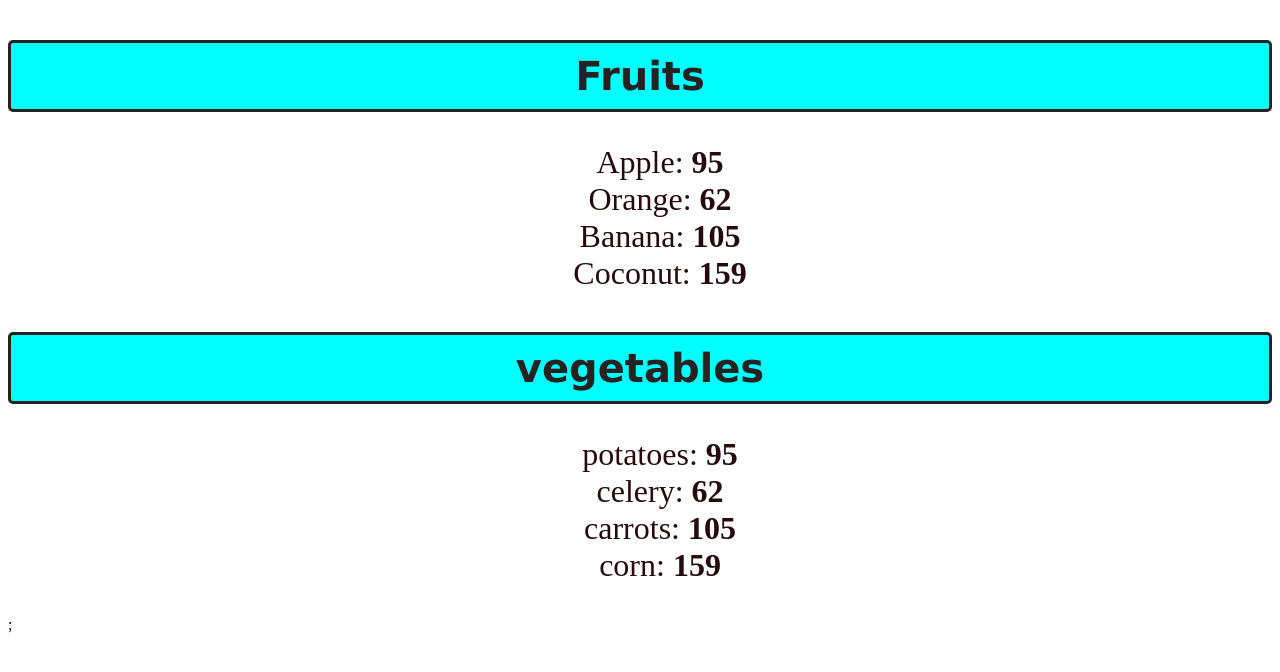
Repository: wakoya-tech/my-react-practice
Page: /
The author's editor kept a copy of each file at every save. The page is drawn from the files as they stood at one save, then again after the next save.
The browser window is 1280 px wide. The pictures show the whole page.
The project was rebuilt for these pictures with package versions that can differ from the ones it lists, and the page was loaded fresh each time. Also part of the build but not shown: vite.config.js.

Above is the page before, as saved 2025-10-01 17:14:20.

### src/index.css
.list-category{
  font-family: Verdana, Geneva, Tahoma, sans-serif;
  text-align: center;
  font-size: 2.5em;
  border: 3px solid;
  margin-bottom: 12px;
  color: rgb(39, 34, 34);
  background-color: aqua;
  padding: 10px;
  border-radius: 5px;
}
.list-items{
  text-align: center;
  font-size: 2em;
  list-style: none;
  color: rgb(37, 11, 11);
}
.list-items li:hover{
  color: bisque;
  cursor: pointer;
}

### src/App.jsx
import List from "./List";

function App() {
  const fruits = [
    { id: 1, name: "Apple", calories: 95 },
    { id: 2, name: "Orange", calories: 62 },
    { id: 3, name: "Banana", calories: 105 },
    { id: 4, name: "Coconut", calories: 159 }
  ];
  const vegetables = [
    { id: 6, name: "potatoes", calories: 95 },
    { id: 7, name: "celery", calories: 62 },
    { id: 8, name: "carrots", calories: 105 },
    { id: 9, name: "corn", calories: 159 }
  ];
  return (
    <>
     {fruits.length > 0 ? <List items={fruits} category="Fruits"/> : null}
      {vegetables.length > 0 ? <List items={vegetables} category="vegetables" /> : null};
    </>
  );
}

export default App;

### src/List.jsx
function List(props) {
    const itemList = props.items;   // ✅ Correct: items is the array
    const category = props.category;

    const listItems = itemList.map(item => (
      <li key={item.id}>
        {item.name}: <b>{item.calories}</b>
      </li>
    ));

    return (
      <>
        <h3 className="list-category">{category}</h3>
        <ol className="list-items">
          {listItems}
        </ol>
      </>
    );
  }

  export default List;

Loaded but not shown: index.html (common file); src/main.jsx (common file)

After the next save:
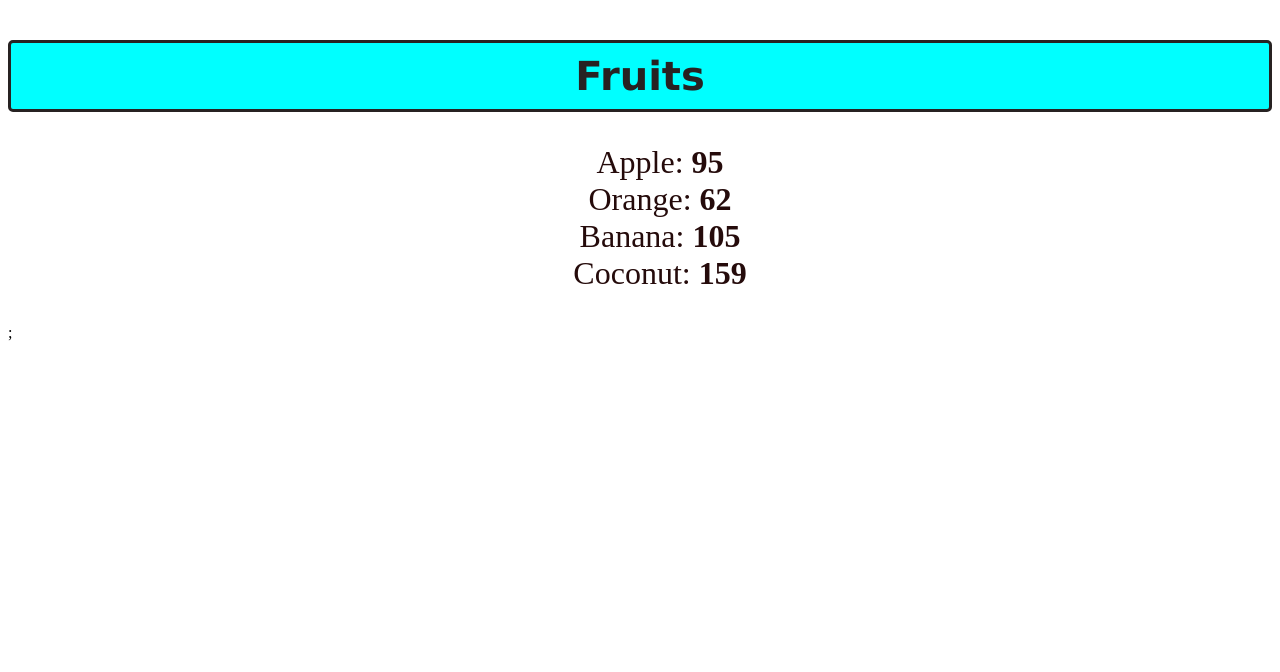
Saved 47 s later.
--- a/src/App.jsx
+++ b/src/App.jsx
@@ -8,10 +8,7 @@ function App() {
     { id: 4, name: "Coconut", calories: 159 }
   ];
   const vegetables = [
-    { id: 6, name: "potatoes", calories: 95 },
-    { id: 7, name: "celery", calories: 62 },
-    { id: 8, name: "carrots", calories: 105 },
-    { id: 9, name: "corn", calories: 159 }
+
   ];
   return (
     <>
